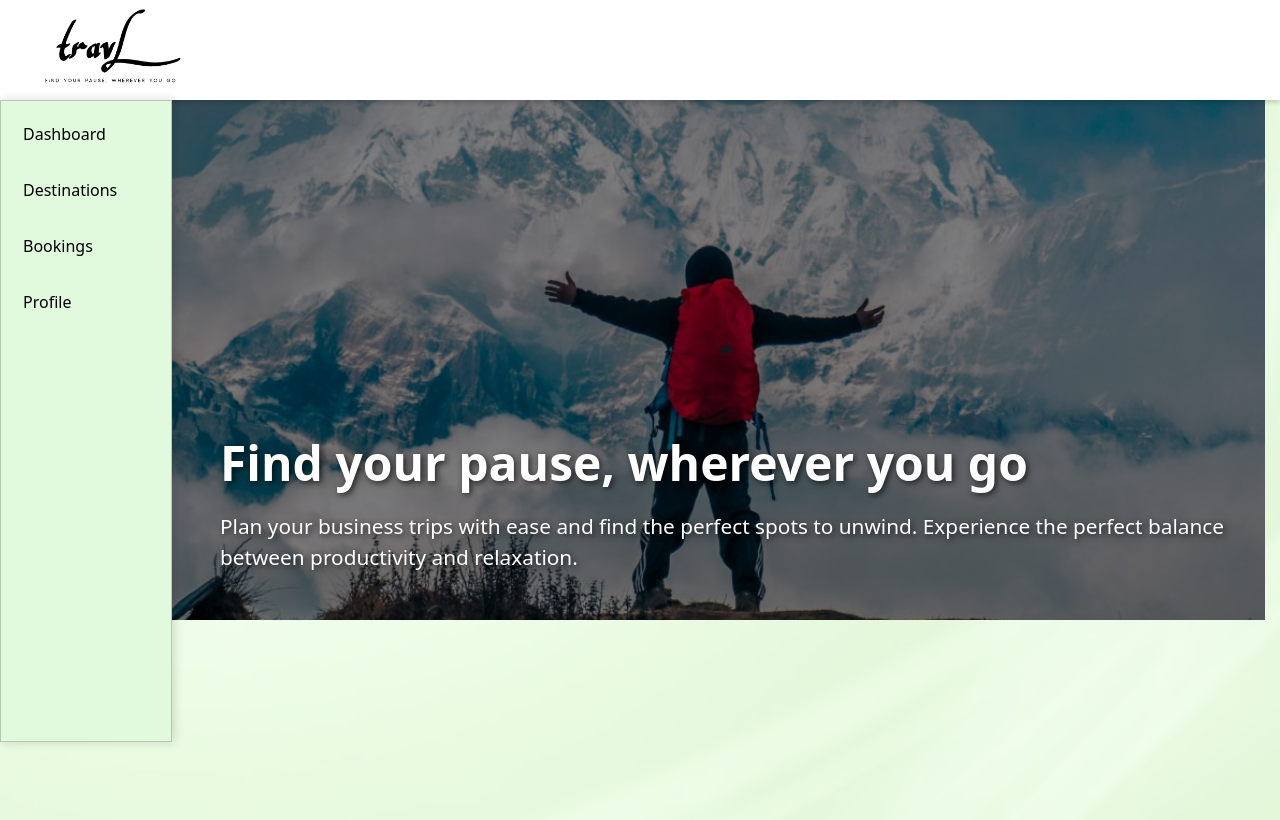
Repository: Nakib-Arman/Javafest25---travL
Page: / (app in Frontend/)
An editor plug-in stored every save of this project. The page is shown before and after the next save, followed by the edit.
The browser window is 1280 px wide. The pictures show the whole page.
Pictures or frames that could not be fetched are drawn as grey boxes. The project was rebuilt for these pictures with package versions that can differ from the ones it lists, and the page was loaded fresh each time. Also part of the build but not shown: Frontend/vite.config.js.

Above is the page before, as saved 2025-08-13 12:33:32.

### Frontend/src/App.jsx
import { useState } from 'react'

import Home from './Components/Home'

function App() {
  const [count, setCount] = useState(0)

  return (
    <div>
      <Home/>
    </div>
  )
}

export default App

### Frontend/src/Components/Home.jsx
import React, { useState, useEffect } from 'react';
import '../CSS/Home.css';
import Topbar from './Topbar';
import Sidebar from './Sidebar';

import img1 from '../assets/travel1.jpg';
import img2 from '../assets/travel2.jpg';
import img3 from '../assets/travel3.jpg';
import logo from '../assets/Logo1.png';  // adjust the path as needed


export default function Home() {
  const images = [img1, img2, img3];
  const [currentIndex, setCurrentIndex] = useState(0);

  useEffect(() => {
    const timer = setInterval(() => {
      setCurrentIndex((prev) => (prev + 1) % images.length);
    }, 8000);
    return () => clearInterval(timer);
  }, [images.length]);

  return (
    <div className="home-container">
      <Topbar />
      <Sidebar />

      <div className="slideshow-container">
        <div
          className="slide-track"
          style={{ transform: `translateX(-${currentIndex * 100}%)` }}
        >
          {images.map((src, idx) => (
            <img key={idx} src={src} alt={`Slide ${idx}`} className="slide-image" />
          ))}
        </div>

        <div className="overlay-text">
          <h1>Find your pause, wherever you go</h1>
          <p>Plan your business trips with ease and find the perfect spots to unwind.
          Experience the perfect balance between productivity and relaxation.</p>
        </div>
      </div>
    </div>
  );
}

### Frontend/src/CSS/Home.css
.home-container {
    margin: 0;
    padding: 0;

    height: 100vh;
    width: 100vw;

    background-image: url('../assets/background2.jpg');
    background-position: center;
    background-repeat: no-repeat;
    background-size: cover;

    position: relative;
    color: black;
}


.home-container::before {
    content: '';
    position: absolute;
    top: 0;
    left: 0;
    right: 0;
    bottom: 0;
    background: rgba(241, 255, 238, 0.9);
    z-index: 1;
    pointer-events: none;
}



/* Slideshow adjusted to leave space for navbars */
.slideshow-container {
    position: relative;
    margin-top: 100px;
    /* space for topbar */
    margin-left: 165px;
    /* space for sidebar */
    width: calc(100% - 180px);
    height: calc(100% - 200px);
    /* 60% of viewport height */
    overflow: hidden;
    background-color: black;
    /* fallback */
    z-index: 2;
}

.slide-track {
    display: flex;
    transition: transform 0.8s ease-in-out;
    height: 100%;
}

.slide-image {
    min-width: 100%;
    height: 100%;
    object-fit: cover;
    opacity: 0.5;
}

/* Text overlay on slideshow */
.overlay-text {
    position: absolute;
    bottom: 5%;
    left: 5%;
    transform: none;
    text-align: left;
    color: white;
    text-shadow: 2px 2px 6px rgba(0, 0, 0, 0.7);
    z-index: 2;
}

.overlay-text h1 {
    font-size: 3rem;
    margin-bottom: 10px;
}

.overlay-text p {
    font-size: 1.3rem;
}

### Frontend/src/Components/Topbar.jsx
// src/components/Topbar.js
import React from 'react';
import '../CSS/Topbar.css';

export default function Topbar() {
  return (
    <nav className="topbar">
      <a className="logo-link" href="/"></a>

      <div className="nav-buttons">
        <button>Home</button>
        <button>About</button>
        <button>Services</button>
        <button>Contact</button>
      </div>
    </nav>
  );
}

### Frontend/src/Components/Sidebar.jsx
// src/components/Sidebar.js
import React from 'react';
import '../CSS/Sidebar.css';

export default function Sidebar() {
  return (
    <div className="sidebar">
      <button>Dashboard</button>
      <button>Destinations</button>
      <button>Bookings</button>
      <button>Profile</button>
    </div>
  );
}

### Frontend/src/CSS/Topbar.css
.topbar {
    position: fixed;
    top: 0;
    left: 0;
    right: 0;
    height: 100px;
    background-color: #;
    display: flex;
    justify-content: space-between;
    align-items: flex-end;
    padding: 0 20px;
    box-shadow: 0 2px 5px rgba(0,0,0,0.2);
    z-index: 1000;
  }

  /* Logo */
  .logo-link {
    display: inline-block;
    height: 100px;   /* make bigger if needed */
    width: 180px;
    background-image: url('../assets/Logo1.png');
    background-size: contain;
    background-repeat: no-repeat;
    background-position: center;
  }

  /* Navigation buttons container */
  .nav-buttons {
    display: flex;
    gap: 12px;
  }

  /* Button styling */
  .nav-buttons button {
    background-color: transparent;
    color: white;
    border: none;
    padding: 8px 16px;
    border-radius: 6px;
    font-size: 14px;
    font-weight: 500;
    cursor: pointer;
    transition: background-color 0.3s ease;
  }

  .nav-buttons button:hover {
    background-color: white;
    color: black;
  }

### Frontend/src/CSS/Sidebar.css
.sidebar {
  position: fixed;
  top: 100px;
  /* below topbar height */
  left: 0;
  width: 150px;
  height: calc(100vh - 100px);
  background-color: #e1fade;
  display: flex;
  flex-direction: column;
  padding: 10px;
  gap: 10px;
  z-index: 1000;

  /* Border + shadow */
  border: 1px solid rgba(0, 0, 0, 0.2);
  box-shadow: 2px 0 10px rgba(0, 0, 0, 0.15);
}


.sidebar button {
  background-color: transparent;
  color: black;
  border: none;
  padding: 12px;
  text-align: left;
  border-radius: 4px;
  cursor: pointer;
  transition: background-color 0.3s ease;
}

.sidebar button:hover {
  background-color: #666;
}

Loaded but not shown: Frontend/index.html (common file); Frontend/src/main.jsx (common file); Frontend/src/index.css (common file)

After the next save:
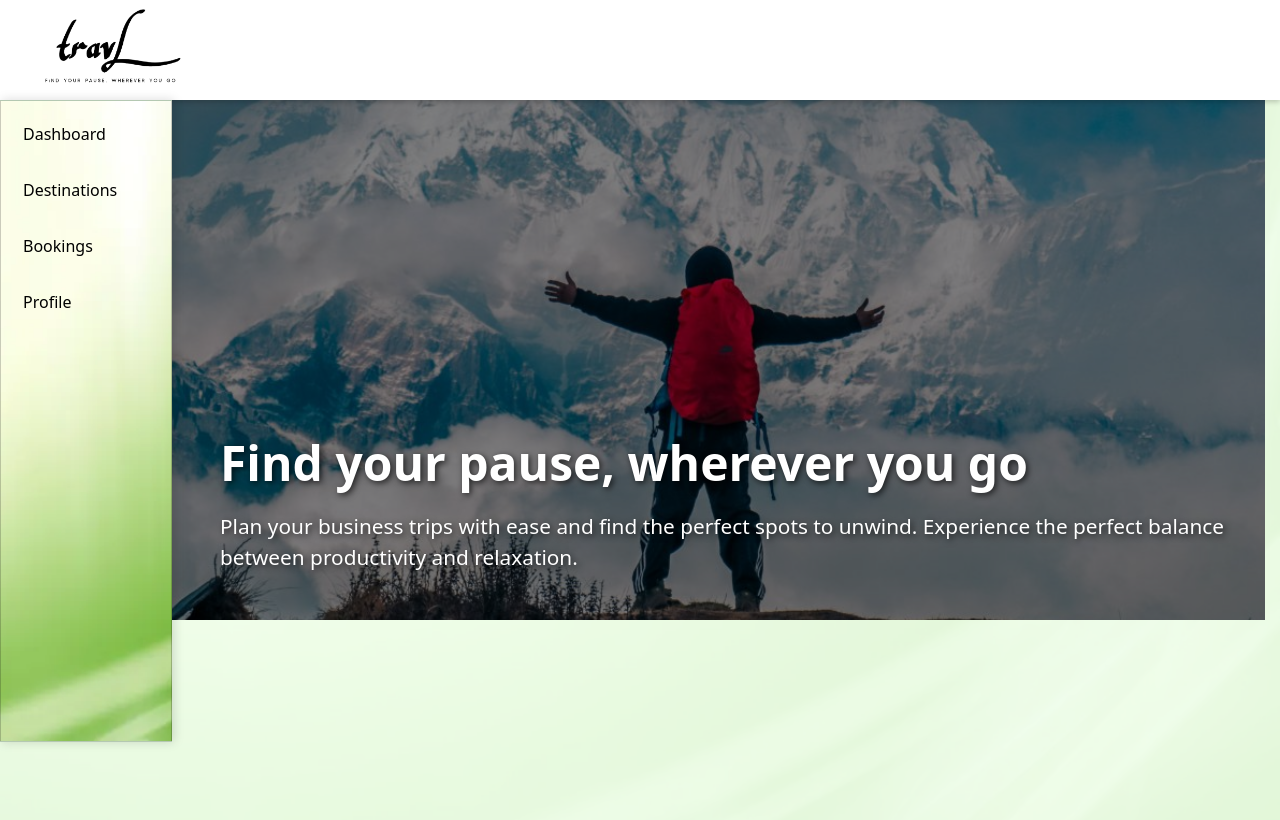
Saved 6 s later.
--- a/Frontend/src/CSS/Sidebar.css
+++ b/Frontend/src/CSS/Sidebar.css
@@ -6,6 +6,10 @@
   width: 150px;
   height: calc(100vh - 100px);
   background-color: #e1fade;
+  background-image: url('../assets/background2.jpg');
+    background-position: center;
+    background-repeat: no-repeat;
+    background-size: cover;
   display: flex;
   flex-direction: column;
   padding: 10px;
